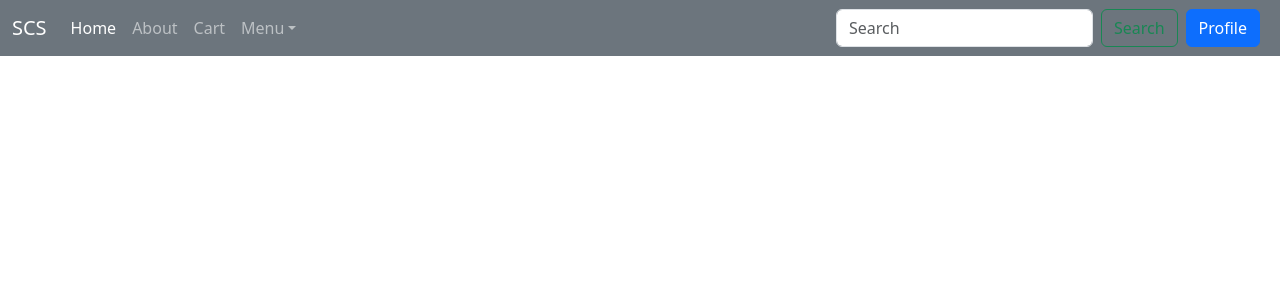
Repository: gitYash03/smart-canteen-system
Page: /
The author's editor kept a copy of each file at every save. The page is drawn from the files as they stood at one save, then again after the next save.
The browser window is 1280 px wide. The pictures show the whole page.
The project was rebuilt for these pictures with package versions that can differ from the ones it lists, and the page was loaded fresh each time. Also part of the build but not shown: src/App.css.

Above is the page before, as saved 2023-08-09 12:55:25.

### public/index.html
<!DOCTYPE html>
<html lang="en">
  <head>
    <meta charset="utf-8" />
    <link rel="icon" href="%PUBLIC_URL%/favicon.ico" />
    <meta name="viewport" content="width=device-width, initial-scale=1" />
    <meta name="theme-color" content="#000000" />
    <meta
      name="description"
      content="Web site created using create-react-app"
    />
    <link rel="apple-touch-icon" href="%PUBLIC_URL%/logo192.png" />
    <!--
      manifest.json provides metadata used when your web app is installed on a
      user's mobile device or desktop. See https://developers.google.com/web/fundamentals/web-app-manifest/
    -->
    <link rel="manifest" href="%PUBLIC_URL%/manifest.json" />
    <!--
      Notice the use of %PUBLIC_URL% in the tags above.
      It will be replaced with the URL of the `public` folder during the build.
      Only files inside the `public` folder can be referenced from the HTML.

      Unlike "/favicon.ico" or "favicon.ico", "%PUBLIC_URL%/favicon.ico" will
      work correctly both with client-side routing and a non-root public URL.
      Learn how to configure a non-root public URL by running `npm run build`.
    -->
    <title>React App</title>
    <link href="https://cdn.jsdelivr.net/npm/bootstrap@5.3.1/dist/css/bootstrap.min.css" rel="stylesheet" integrity="sha384-4bw+/aepP/YC94hEpVNVgiZdgIC5+VKNBQNGCHeKRQN+PtmoHDEXuppvnDJzQIu9" crossorigin="anonymous">
   </head>
  <script src="https://cdn.jsdelivr.net/npm/bootstrap@5.3.1/dist/js/bootstrap.bundle.min.js" integrity="sha384-HwwvtgBNo3bZJJLYd8oVXjrBZt8cqVSpeBNS5n7C8IVInixGAoxmnlMuBnhbgrkm" crossorigin="anonymous"></script>
  <body>
    <noscript>You need to enable JavaScript to run this app.</noscript>
    <div id="root"></div>
    <!--
      This HTML file is a template.
      If you open it directly in the browser, you will see an empty page.

      You can add webfonts, meta tags, or analytics to this file.
      The build step will place the bundled scripts into the <body> tag.

      To begin the development, run `npm start` or `yarn start`.
      To create a production bundle, use `npm run build` or `yarn build`.
    -->
  </body>
</html>

### src/App.js
import './App.css';
import Navbar from './Components/Navbar';

function App() {
  return (
    <>
    <Navbar></Navbar>

    </>
  );
}

export default App;

### src/Components/Navbar.js
import React from 'react'

export default function Navbar() {
  return (
    <>
    <nav className="navbar navbar-expand-lg navbar-dark bg-secondary ">
        <div className="container-fluid">
            <a className="navbar-brand" href="/">SCS</a>
            <button className="navbar-toggler" type="button" data-bs-toggle="collapse" data-bs-target="/navbarSupportedContent" aria-controls="navbarSupportedContent" aria-expanded="false" aria-label="Toggle navigation">
            <span className="navbar-toggler-icon"></span>
            </button>
            <div className="collapse navbar-collapse" id="navbarSupportedContent">
            <ul className="navbar-nav me-auto mb-2 mb-lg-0">
                <li className="nav-item">
                <a className="nav-link active" aria-current="page" href="/">Home</a>
                </li>
                <li className="nav-item">
                <a className="nav-link" href="/">About</a>
                </li>
                <li className="nav-item">
                <a className="nav-link" href="/">Cart</a>
                </li>
                <li className="nav-item dropdown">
                <a className="nav-link dropdown-toggle" href="/" role="button" data-bs-toggle="dropdown" aria-expanded="false">
                    Menu
                </a>
                <ul className="dropdown-menu">
                    <li><a className="dropdown-item" href="/">Action</a></li>
                    <li><a className="dropdown-item" href="/">Another action</a></li>
                    <li><a className="dropdown-item" href="/">Something else here</a></li>
                </ul>
                </li>
            </ul>
            <form className="d-flex" role="search">
                <input className="form-control me-2" type="search" placeholder="Search" aria-label="Search"/>
                <button className="btn btn-outline-success" type="submit">Search</button>
            </form>
            <button type="button" className="btn btn-primary position-relative  mx-2">
            Profile
            </button>
            </div>
        </div>
    </nav>
    </>
  )
}

Loaded but not shown: src/index.js (common file); src/reportWebVitals.js (common file); src/index.css (no stored copy; drawn as an empty file)

After the next save:
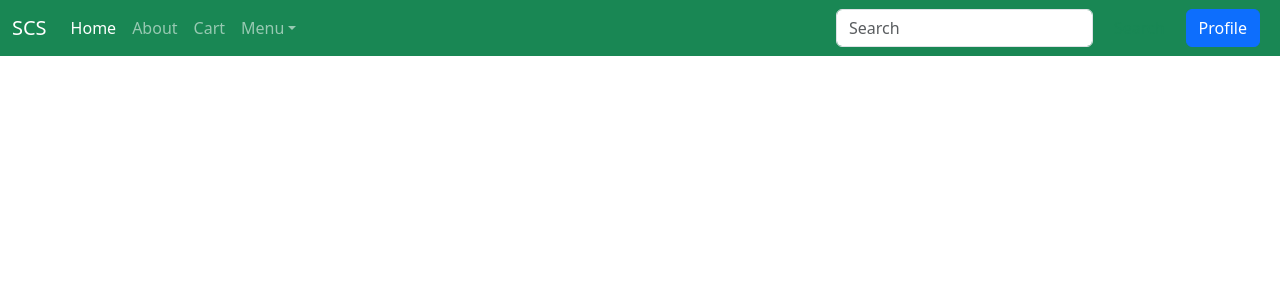
Saved 40 s later.
--- a/src/Components/Navbar.js
+++ b/src/Components/Navbar.js
@@ -3,7 +3,7 @@ import React from 'react'
 export default function Navbar() {
   return (
     <>
-    <nav className="navbar navbar-expand-lg navbar-dark bg-secondary ">
+    <nav className="navbar navbar-expand-lg navbar-dark bg-success ">
         <div className="container-fluid">
             <a className="navbar-brand" href="/">SCS</a>
             <button className="navbar-toggler" type="button" data-bs-toggle="collapse" data-bs-target="/navbarSupportedContent" aria-controls="navbarSupportedContent" aria-expanded="false" aria-label="Toggle navigation">
